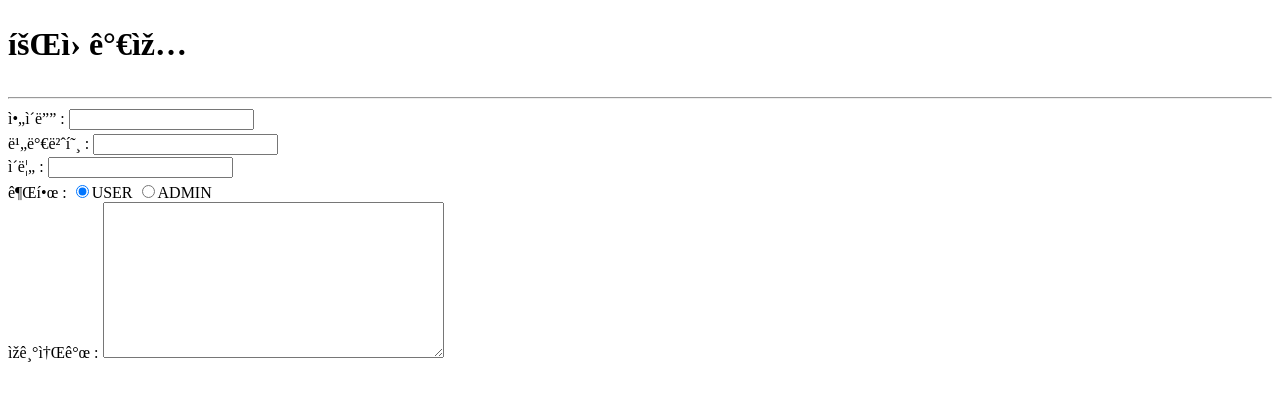
Repository: serim53/JSPStudy
Page: http://localhost/BoardWeb_JSP_/insertUser.jsp
These files come from the project's save history. The page is drawn as it stood at one moment and after the next save; the edit follows.
The browser window is 1280 px wide. The pictures show the whole page.
The page is served by Tomcat 10.

Above is the page before, as saved 2025-07-08 04:42:02.

After the next save:
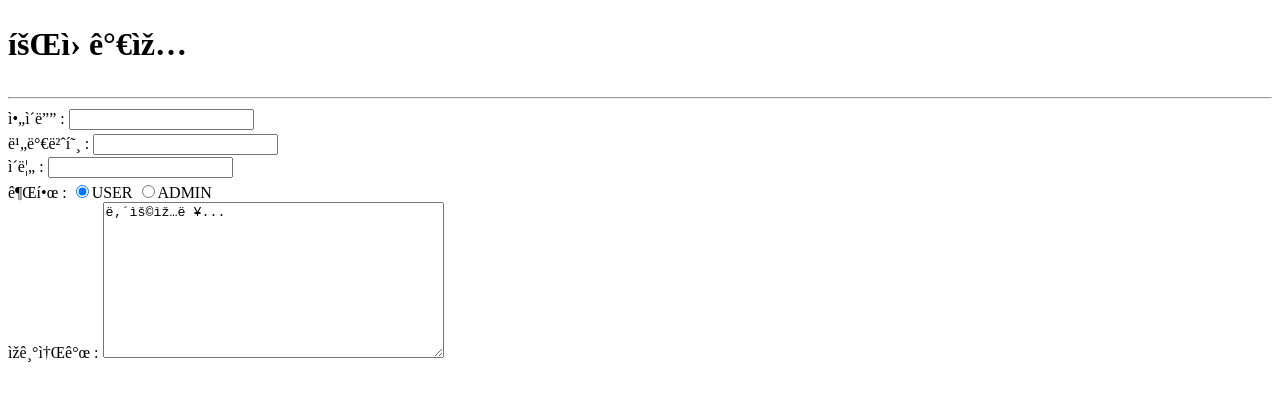
Saved 11 s later.
--- a/BoardWeb(JSP)/src/main/webapp/insertUser.jsp
+++ b/BoardWeb(JSP)/src/main/webapp/insertUser.jsp
@@ -12,6 +12,6 @@
 이름 : <input type="text"/><br>
 권한 : <input name="role" type="radio" checked/>USER
       <input name="role" type="radio"/>ADMIN<br>
-자기소개 : <textarea rows="10" cols="40"></textarea>
+자기소개 : <textarea rows="10" cols="40">내용입력...</textarea>
 </body>
 </html>
